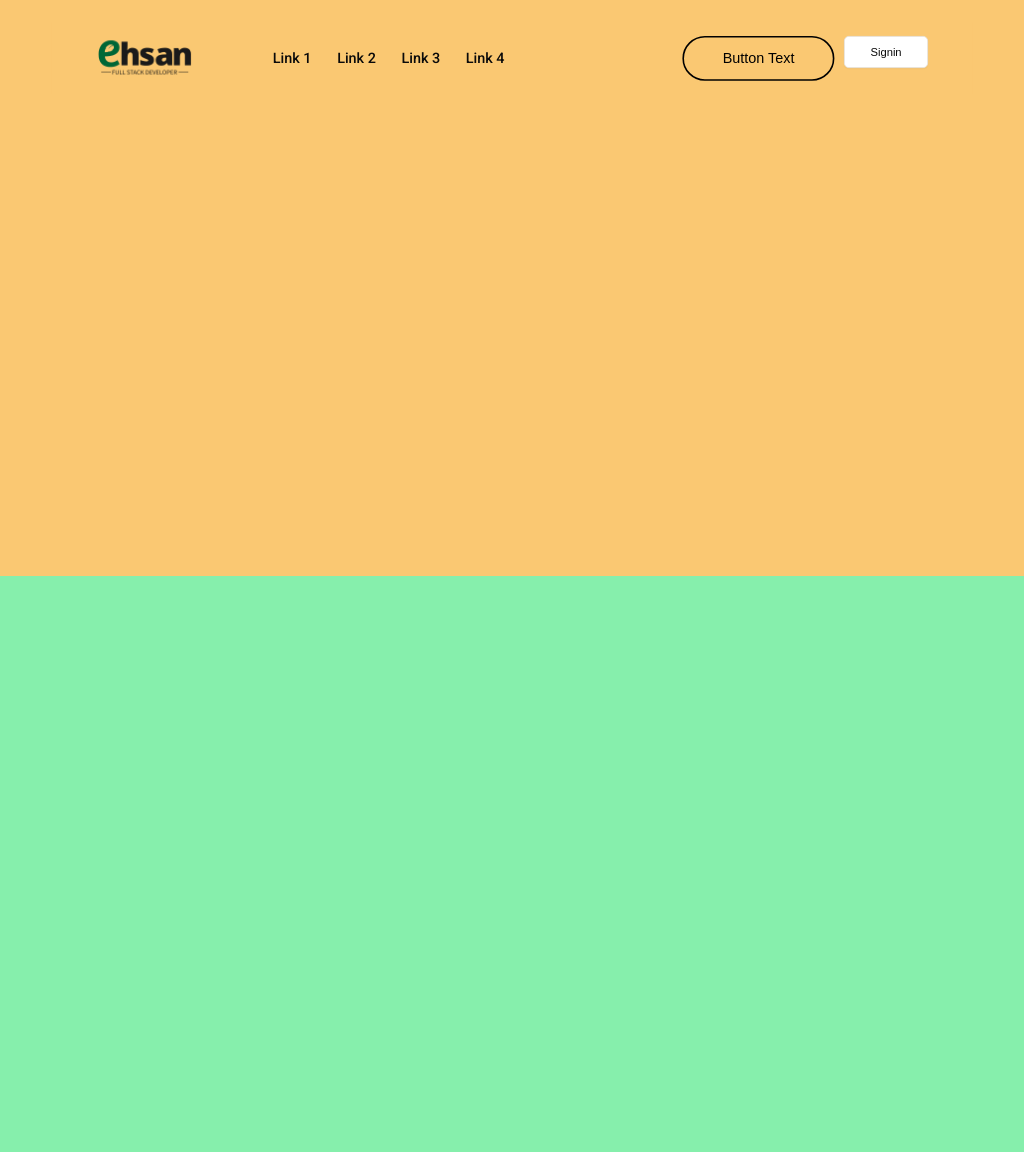
Repository: FrontendProjectsNL/mijn-portfolio-project
Page: /exercise
These files come from the project's save history. The page is drawn as it stood at one moment and after the next save; the edit follows.
The browser window is 1280 px wide. The pictures show the whole page, at 80% of full size.
The project was rebuilt for these pictures with package versions that can differ from the ones it lists, and the page was loaded fresh each time. The framework's server and built-in components were replaced by stand-ins that run in the browser. Also part of the build but not shown: next.config.mjs.

Above is the page before, as saved 2024-10-25 13:01:35.

### app/layout.tsx
import type { Metadata } from 'next';
import localFont from 'next/font/local';

import { Roboto, Fira_Code, HelveticaNowDisplay } from 'next/font/google';

import './globals.css';

const geistSans = localFont({
  src: './fonts/GeistVF.woff',
  variable: '--font-geist-sans',
  weight: '100 900',
});
const geistMono = localFont({
  src: './fonts/GeistMonoVF.woff',
  variable: '--font-geist-mono',
  weight: '100 900',
});

const roboto = Roboto({
  subsets: ['latin'],
  weight: ['300', '400', '500', '700'],
  variable: '--font-roboto',
});

const firaCode = Fira_Code({
  subsets: ['latin'],
  weight: ['300', '400', '500', '700'],
  variable: '--font-fira-code',
});

export const metadata: Metadata = {
  title: 'Create Next App',
  description: 'Generated by create next app',
};

export default function RootLayout({
  children,
}: Readonly<{
  children: React.ReactNode;
}>) {
  return (
    <html lang="en">
      <body
        className={`${roboto.variable} ${firaCode.variable} ${geistSans.variable} ${geistMono.variable} antialiased`}
      >
        {children}
      </body>
    </html>
  );
}

### app/exercise/page.tsx
'use client';

import Image from 'next/image';
import Link from 'next/link';
import { useEffect, useState } from 'react';
import logo from '/public/EhsanLogo-transparent.png';
import { Button } from '@/components/ui/button';

interface PageProps {}

const Page: React.FC<PageProps> = () => {
  const [isShrunk, setIsShrunk] = useState<boolean>(false);

  useEffect(() => {
    const handleScroll = () => {
      if (window.scrollY > 70) {
        setIsShrunk(true);
      } else {
        setIsShrunk(false);
      }
    };

    window.addEventListener('scroll', handleScroll);

    return () => {
      window.removeEventListener('scroll', handleScroll);
    };
  }, []);

  return (
    // <div className="max-w-8xl w-full font-roboto mx-auto">
    <div className="">
      <nav
        className={`px-14 fixed transition-all duration-300 ease-linear bg-[#FAC872] flex justify-between items-center ${
          isShrunk
            ? 'h-[75px] w-[60%] rounded-3xl mx-auto top-5'
            : 'h-[90px] w-[90%] opacity-100 top-7'
        }`}
        style={{
          left: '50%',
          transform: 'translateX(-50%)', // Center horizontally
        }}
      >
        <div className="flex items-center ">
          <Link href={'/'} className="font-medium text-lg mr-20">
            <Image src={logo} width={125} height={50} />
          </Link>
          <ul className="flex">
            <li>
              <Link
                href=""
                className="px-4 py-2 cursor text-lg font-medium font-roboto"
              >
                Link 1
              </Link>
            </li>
            <li>
              <Link
                href=""
                className="px-4 py-2 cursor text-lg font-medium font-roboto"
              >
                Link 2
              </Link>
            </li>
            <li>
              <Link
                href=""
                className="px-4 py-2 cursor text-lg font-medium font-roboto"
              >
                Link 3
              </Link>
            </li>
            <li>
              <Link
                href=""
                className="px-4 py-2 cursor text-lg font-medium font-roboto"
              >
                Link 4
              </Link>
            </li>
          </ul>
        </div>
        <div className="flex gap-3">
          <button className="group relative inline-flex items-center overflow-hidden rounded-full border-2 border-black px-12 py-3 text-lg font-medium text-black hover:bg-gray-50 hover:text-white">
            <span className="duration-400 ease absolute left-0 top-1/2 block h-0 w-full bg-fuchsia-800 opacity-100 transition-all group-hover:top-0 group-hover:h-full"></span>
            <span className="ease absolute right-0 flex h-10 w-10 translate-x-full transform items-center justify-start duration-500 group-hover:-translate-x-2">
              <svg
                className="h-5 w-5"
                fill="none"
                stroke="currentColor"
                viewBox="0 0 24 24"
                xmlns="http://www.w3.org/2000/svg"
              >
                <path
                  stroke-linecap="round"
                  stroke-linejoin="round"
                  stroke-width="2"
                  d="M14 5l7 7m0 0l-7 7m7-7H3"
                ></path>
              </svg>
            </span>
            <span className="relative transform duration-700 group-hover:-translate-x-3">
              Button Text
            </span>
          </button>

          <Button size={'lg'} variant={'outline'}>
            Signin
          </Button>
        </div>
      </nav>

      <section className="w-full h-screen bg-[#FAC872]"></section>
      <section className="w-full h-screen bg-green-300"></section>
    </div>
  );
};

export default Page;

### app/globals.css
@tailwind base;
@tailwind components;
@tailwind utilities;

body {
  font-family: Arial, Helvetica, sans-serif;
}

@layer utilities {
  .text-balance {
    text-wrap: balance;
  }
}

@layer base {
  :root {
    --background: 0 0% 100%;
    --foreground: 0 0% 3.9%;
    --card: 0 0% 100%;
    --card-foreground: 0 0% 3.9%;
    --popover: 0 0% 100%;
    --popover-foreground: 0 0% 3.9%;
    --primary: 0 0% 9%;
    --primary-foreground: 0 0% 98%;
    --secondary: 0 0% 96.1%;
    --secondary-foreground: 0 0% 9%;
    --muted: 0 0% 96.1%;
    --muted-foreground: 0 0% 45.1%;
    --accent: 0 0% 96.1%;
    --accent-foreground: 0 0% 9%;
    --destructive: 0 84.2% 60.2%;
    --destructive-foreground: 0 0% 98%;
    --border: 0 0% 89.8%;
    --input: 0 0% 89.8%;
    --ring: 0 0% 3.9%;
    --chart-1: 12 76% 61%;
    --chart-2: 173 58% 39%;
    --chart-3: 197 37% 24%;
    --chart-4: 43 74% 66%;
    --chart-5: 27 87% 67%;
    --radius: 0.5rem;
  }
  .dark {
    --background: 0 0% 3.9%;
    --foreground: 0 0% 98%;
    --card: 0 0% 3.9%;
    --card-foreground: 0 0% 98%;
    --popover: 0 0% 3.9%;
    --popover-foreground: 0 0% 98%;
    --primary: 0 0% 98%;
    --primary-foreground: 0 0% 9%;
    --secondary: 0 0% 14.9%;
    --secondary-foreground: 0 0% 98%;
    --muted: 0 0% 14.9%;
    --muted-foreground: 0 0% 63.9%;
    --accent: 0 0% 14.9%;
    --accent-foreground: 0 0% 98%;
    --destructive: 0 62.8% 30.6%;
    --destructive-foreground: 0 0% 98%;
    --border: 0 0% 14.9%;
    --input: 0 0% 14.9%;
    --ring: 0 0% 83.1%;
    --chart-1: 220 70% 50%;
    --chart-2: 160 60% 45%;
    --chart-3: 30 80% 55%;
    --chart-4: 280 65% 60%;
    --chart-5: 340 75% 55%;
  }
}

@layer base {
  * {
    @apply border-border;
  }
  body {
    @apply bg-background text-foreground;
  }
}

@keyframes fill-up {
  0% {
    background-position: 0 100%;
  }
  100% {
    background-position: 0 0;
  }
}

### components/ui/button.tsx
import * as React from "react"
import { Slot } from "@radix-ui/react-slot"
import { cva, type VariantProps } from "class-variance-authority"

import { cn } from "@/lib/utils"

const buttonVariants = cva(
  "inline-flex items-center justify-center gap-2 whitespace-nowrap rounded-md text-sm font-medium transition-colors focus-visible:outline-none focus-visible:ring-1 focus-visible:ring-ring disabled:pointer-events-none disabled:opacity-50 [&_svg]:pointer-events-none [&_svg]:size-4 [&_svg]:shrink-0",
  {
    variants: {
      variant: {
        default:
          "bg-primary text-primary-foreground shadow hover:bg-primary/90",
        destructive:
          "bg-destructive text-destructive-foreground shadow-sm hover:bg-destructive/90",
        outline:
          "border border-input bg-background shadow-sm hover:bg-accent hover:text-accent-foreground",
        secondary:
          "bg-secondary text-secondary-foreground shadow-sm hover:bg-secondary/80",
        ghost: "hover:bg-accent hover:text-accent-foreground",
        link: "text-primary underline-offset-4 hover:underline",
      },
      size: {
        default: "h-9 px-4 py-2",
        sm: "h-8 rounded-md px-3 text-xs",
        lg: "h-10 rounded-md px-8",
        icon: "h-9 w-9",
      },
    },
    defaultVariants: {
      variant: "default",
      size: "default",
    },
  }
)

export interface ButtonProps
  extends React.ButtonHTMLAttributes<HTMLButtonElement>,
    VariantProps<typeof buttonVariants> {
  asChild?: boolean
}

const Button = React.forwardRef<HTMLButtonElement, ButtonProps>(
  ({ className, variant, size, asChild = false, ...props }, ref) => {
    const Comp = asChild ? Slot : "button"
    return (
      <Comp
        className={cn(buttonVariants({ variant, size, className }))}
        ref={ref}
        {...props}
      />
    )
  }
)
Button.displayName = "Button"

export { Button, buttonVariants }

### tailwind.config.ts
import { Roboto } from 'next/font/google';
import type { Config } from 'tailwindcss';

const config: Config = {
  darkMode: ['class'],
  content: [
    './pages/**/*.{js,ts,jsx,tsx,mdx}',
    './components/**/*.{js,ts,jsx,tsx,mdx}',
    './app/**/*.{js,ts,jsx,tsx,mdx}',
  ],

  theme: {
    extend: {
      // You can define custom animations here
      // keyframes: {
      //   slideKeyframe: {
      //     '0%': { transform: 'translateX(0)' },
      //     '100%': { transform: 'translateX(100%)' },
      //   },
      // },
      // animation: {
      //   slideAnimation: 'slideKeyframe 0.5s ease-in-out',
      // },
      fontFamily: {
        roboto: ['var(--font-roboto)', 'sans-serif'],
        firaCode: ['var(--font-fira-code)', 'monospace'],
      },
      colors: {
        background: 'hsl(var(--background))',
        foreground: 'hsl(var(--foreground))',
        card: {
          DEFAULT: 'hsl(var(--card))',
          foreground: 'hsl(var(--card-foreground))',
        },
        popover: {
          DEFAULT: 'hsl(var(--popover))',
          foreground: 'hsl(var(--popover-foreground))',
        },
        primary: {
          DEFAULT: 'hsl(var(--primary))',
          foreground: 'hsl(var(--primary-foreground))',
        },
        secondary: {
          DEFAULT: 'hsl(var(--secondary))',
          foreground: 'hsl(var(--secondary-foreground))',
        },
        muted: {
          DEFAULT: 'hsl(var(--muted))',
          foreground: 'hsl(var(--muted-foreground))',
        },
        accent: {
          DEFAULT: 'hsl(var(--accent))',
          foreground: 'hsl(var(--accent-foreground))',
        },
        destructive: {
          DEFAULT: 'hsl(var(--destructive))',
          foreground: 'hsl(var(--destructive-foreground))',
        },
        border: 'hsl(var(--border))',
        input: 'hsl(var(--input))',
        ring: 'hsl(var(--ring))',
        chart: {
          '1': 'hsl(var(--chart-1))',
          '2': 'hsl(var(--chart-2))',
          '3': 'hsl(var(--chart-3))',
          '4': 'hsl(var(--chart-4))',
          '5': 'hsl(var(--chart-5))',
        },
      },
      borderRadius: {
        lg: 'var(--radius)',
        md: 'calc(var(--radius) - 2px)',
        sm: 'calc(var(--radius) - 4px)',
      },
    },
  },
  plugins: [require('tailwindcss-animate')],
};
export default config;

Loaded but not shown: lib/utils.ts (common file)

After the next save:
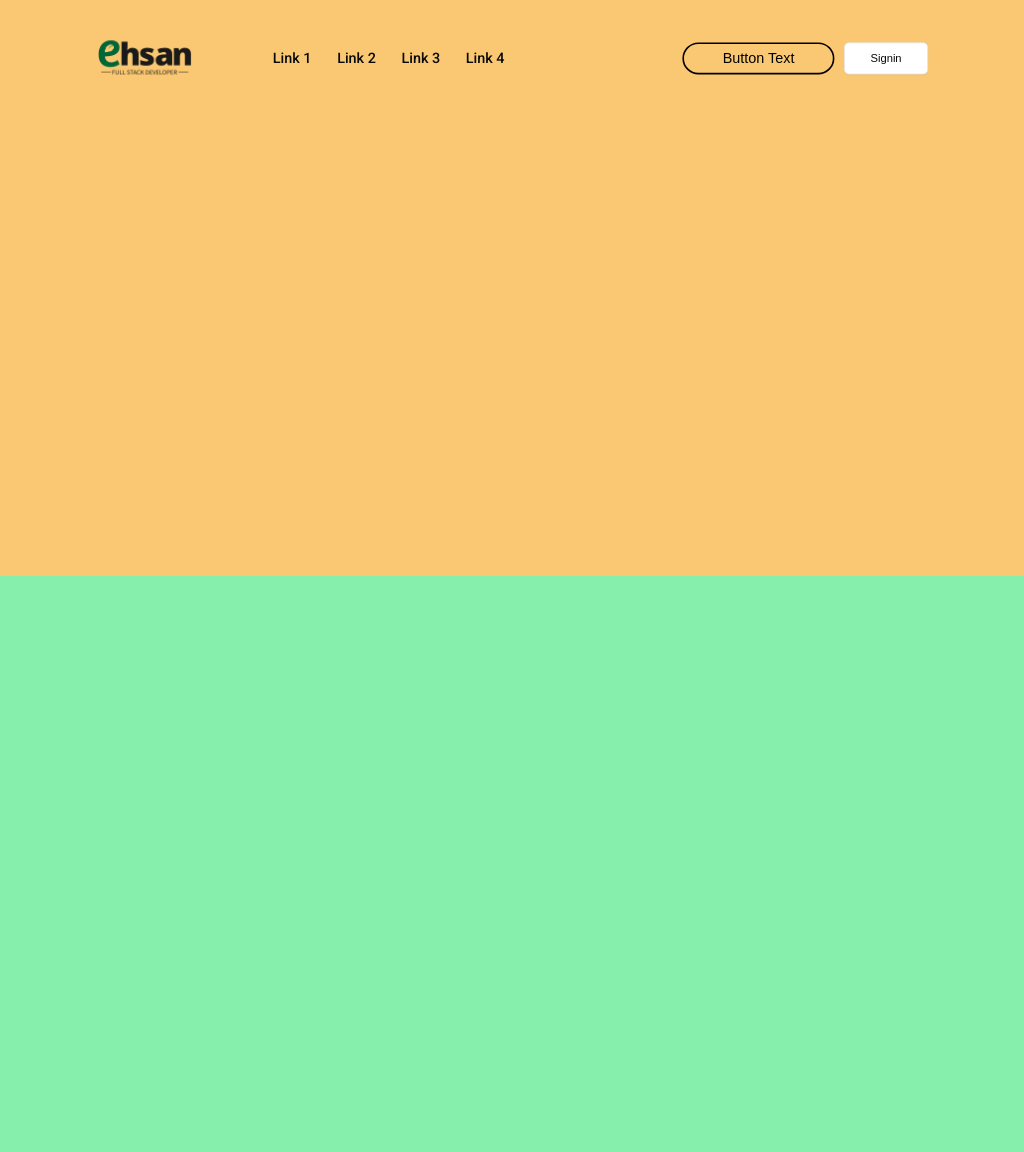
Saved 50 s later.
--- a/app/exercise/page.tsx
+++ b/app/exercise/page.tsx
@@ -81,7 +81,7 @@ const Page: React.FC<PageProps> = () => {
           </ul>
         </div>
         <div className="flex gap-3">
-          <button className="group relative inline-flex items-center overflow-hidden rounded-full border-2 border-black px-12 py-3 text-lg font-medium text-black hover:bg-gray-50 hover:text-white">
+          <button className="group relative inline-flex items-center overflow-hidden rounded-full border-2 border-black px-12  text-lg font-medium text-black hover:bg-gray-50 hover:text-white">
             <span className="duration-400 ease absolute left-0 top-1/2 block h-0 w-full bg-fuchsia-800 opacity-100 transition-all group-hover:top-0 group-hover:h-full"></span>
             <span className="ease absolute right-0 flex h-10 w-10 translate-x-full transform items-center justify-start duration-500 group-hover:-translate-x-2">
               <svg
